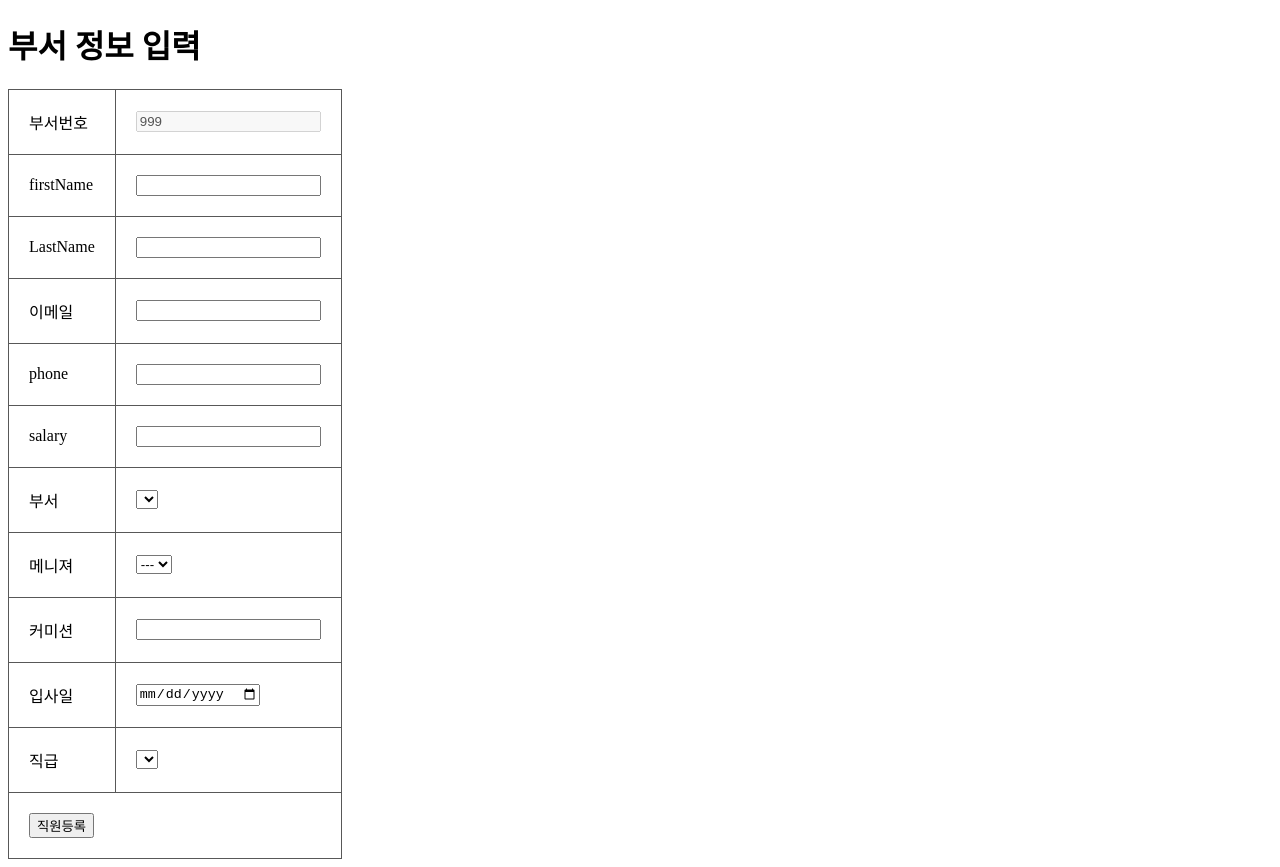
Repository: leessol/spring1
Page: http://localhost/springMVCProject/WEB-INF/views/dept/deptInset.jsp
These files come from the project's save history. The page is drawn as it stood at one moment and after the next save; the edit follows.
The browser window is 1280 px wide. The pictures show the whole page.
The page is served by Tomcat 9. Nobody is signed in. Other server files are loaded and not shown. The template is opened directly, without the code that normally fills it, so the values that code supplies are empty.

Above is the page before, as saved 2023-05-08 03:45:10.

### springMVCProject/src/main/webapp/WEB-INF/views/dept/deptInset.jsp
<%@ page language="java" contentType="text/html; charset=UTF-8"
    pageEncoding="UTF-8" errorPage="errorPage.jsp"%>


<!DOCTYPE html>
<html>
<head>
<meta charset="UTF-8">
<title>부서등록</title>
<%-- <%@ include file ="../common/commonfiles.jsp" %>
 --%>

<style>
table{
	border: 1px solid #585858;
	border-collapse: collapse;
}

td {
	padding: 20px;
	border: 1px solid #585858;
}
</style>
</head>
<body>

<%-- <%@ include file="../common/header.jsp" %>
 --%><h1>부서 정보 입력</h1>




<form method="post" action="/dept/deptInsert.do">
<table>
  <tr  class="form-floating">
    <td><label for="department_id">부서번호</label></td>
    <td><input class="form-control"  type="number"
    name="department_id" id="department_id"
    required="required"
    placeholder="부서번호는sequence처리함"
    autofocus="autofocus"
    value="999"
   disabled="disabled"></td>
  </tr>
  <tr>
    <td>firstName</td>
    <td><input type="text" name="first_name"></td>
  </tr>
  <tr>
    <td>LastName</td>
    <td><input type="text" name="last_name" required="required"></td>
  </tr>
  <tr>
    <td>이메일</td>
    <td><input type="email" name="email" required="required"></td>
  </tr>
  <tr>
    <td>phone</td>
    <td><input type="tel" name="phone_number" pattern="010-[0-9]{4}-[0-9]{4}"></td>
  </tr>
  <tr>
    <td>salary</td>
    <td><input type="number" name="salary" ></td>
  </tr>
  <tr>
    <td>부서</td>
    <td>
    <select name="department_id">
    	<c:forEach items="${deptList}" var="dept">
    		<!-- 디비에 들어가는 것은 id값이 들어가야 하니깐 value에는 id로 한다.  -->
    		<option value="${dept.department_id}">${dept.department_name}</option>
    	</c:forEach>
    </select>
    </td>
  </tr>
  <tr>
    <td>메니져</td>
    <td>
    <select name="manager_id">
    	<c:forEach items="${managerList}" var="manager">
    		<!-- 디비에 들어가는 것은 id값이 들어가야 하니깐 value에는 id로 한다.  -->
    		<option value="${manager.employee_id}">${manager.first_name}---${manager.last_name}</option>
    	</c:forEach>
    </select>
    </td>
  </tr>
  <tr>
    <td>커미션</td>
    <td><input type="text" name="commission_pct" ></td>
  </tr>
  <tr>
    <td>입사일</td>
    <td><input type="date" name="hire_date" required="required"></td>
  </tr>
  <tr>
    <td>직급</td>
    <td>
    <select name="job_id">
    	<c:forEach items="${jobList}" var="job">
    		<!-- 디비에 들어가는 것은 id값이 들어가야 하니깐 value에는 id로 한다.  -->
    		<option value="${job.job_id}">${job.job_title}</option>
    	</c:forEach>
    </select>
    </td>
  </tr>
  <tr>
    <td colspan="2">
       <input type="submit" value="직원등록">
    </td>
  </tr>
</table>
</form>
</body>
</html>

After the next save:
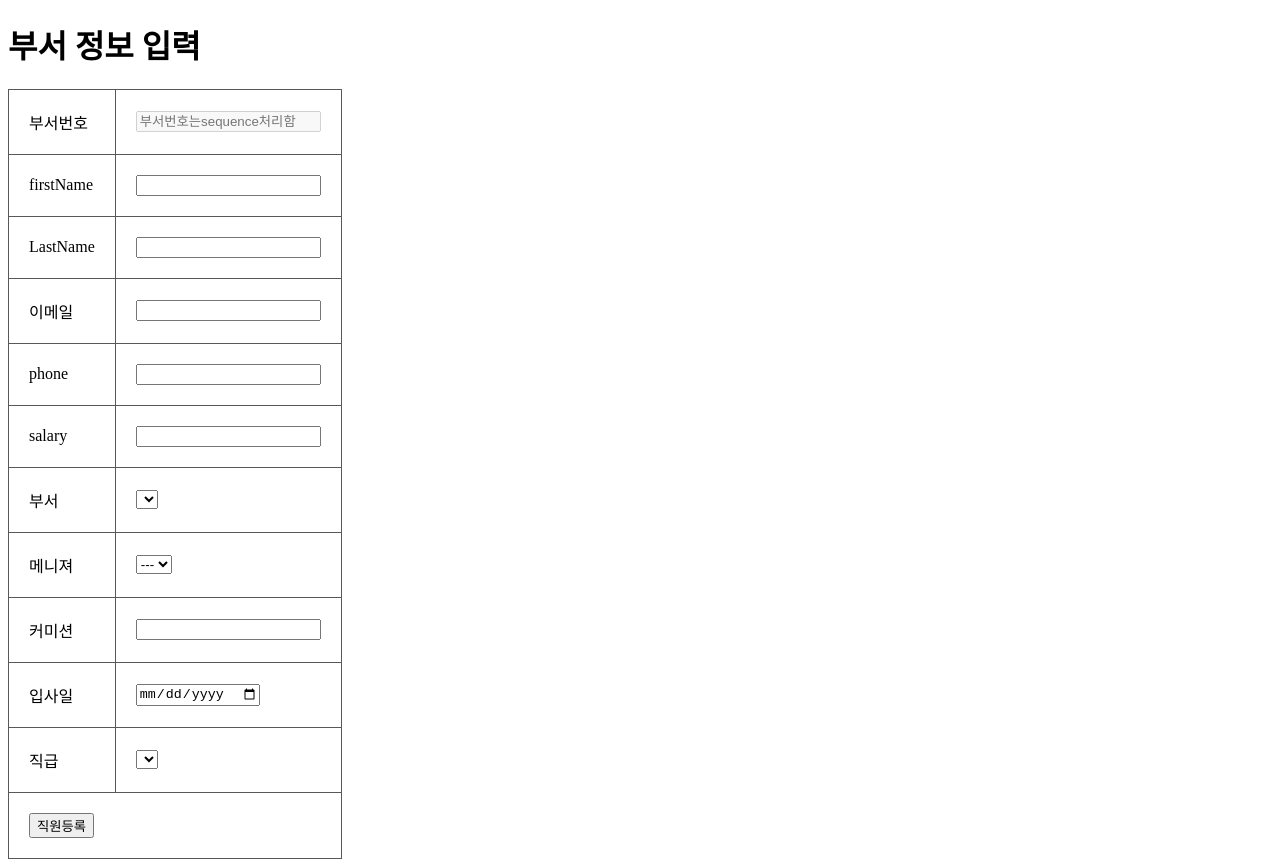
Saved 3 min 32 s later.
--- a/springMVCProject/src/main/webapp/WEB-INF/views/dept/deptInset.jsp
+++ b/springMVCProject/src/main/webapp/WEB-INF/views/dept/deptInset.jsp
@@ -39,7 +39,7 @@
     required="required"
     placeholder="부서번호는sequence처리함"
     autofocus="autofocus"
-    value="999"
+    value="-"
    disabled="disabled"></td>
   </tr>
   <tr>

After the save that followed:
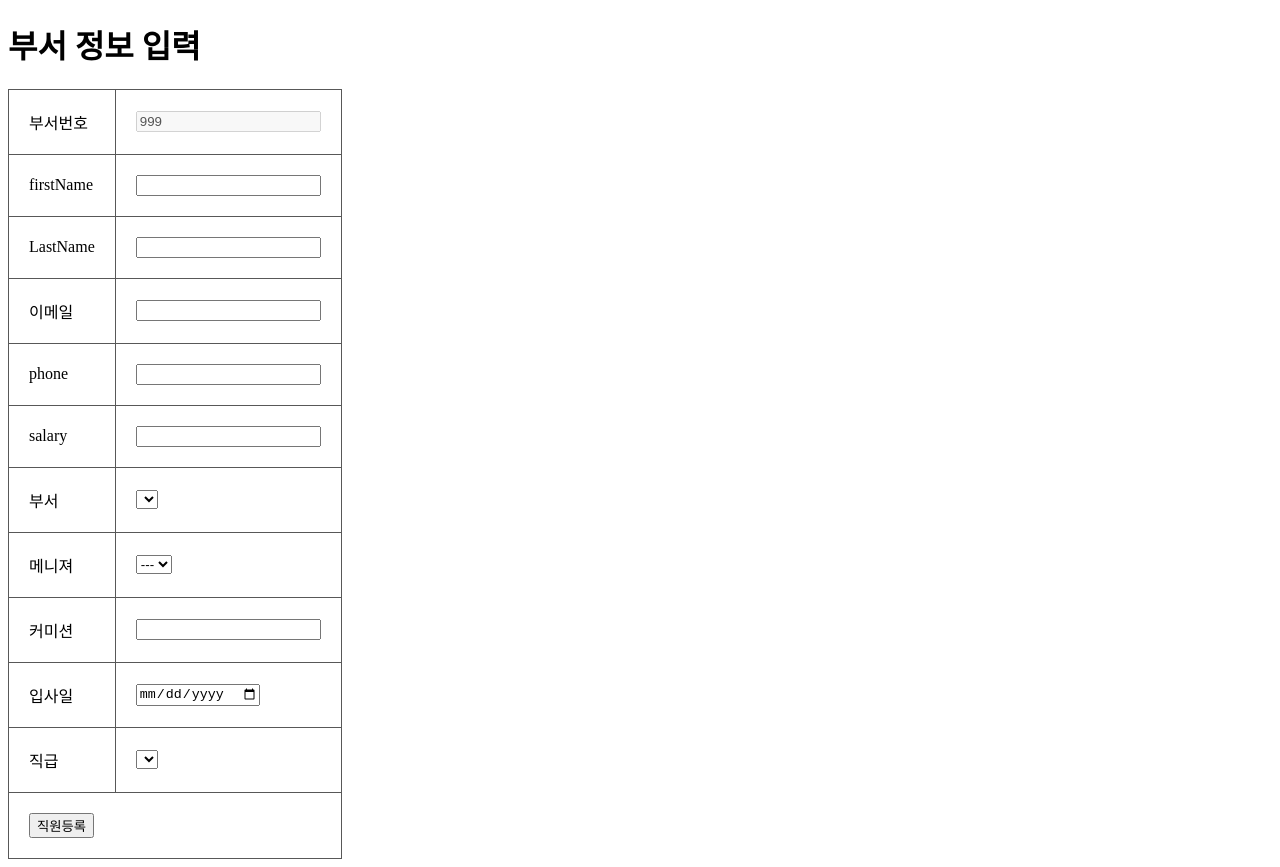
Saved 85 s later.
--- a/springMVCProject/src/main/webapp/WEB-INF/views/dept/deptInset.jsp
+++ b/springMVCProject/src/main/webapp/WEB-INF/views/dept/deptInset.jsp
@@ -39,7 +39,7 @@
     required="required"
     placeholder="부서번호는sequence처리함"
     autofocus="autofocus"
-    value="-"
+    value="999"
    disabled="disabled"></td>
   </tr>
   <tr>
